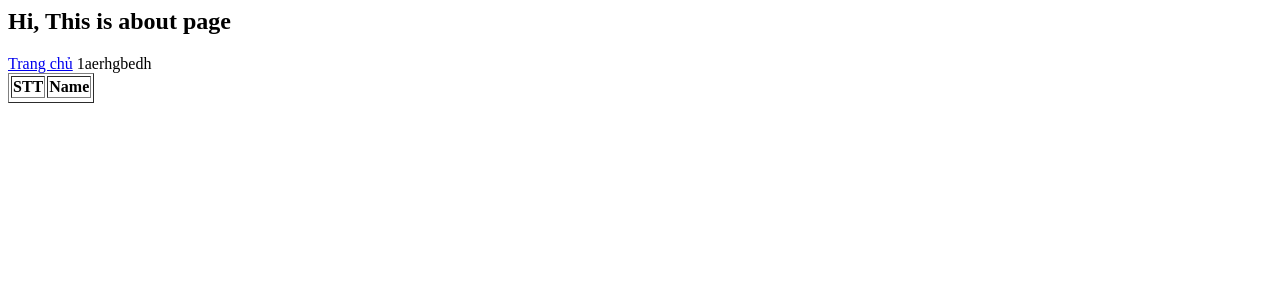
Repository: Tranghii/HTML-CSS
Page: HTML&CSS/about.html
An editor plug-in stored every save of this project. The page is shown before and after a run of saves, followed by the edit.
The browser window is 1280 px wide. The pictures show the whole page.

Above is the page before, as saved 2025-10-11 16:37:16.

After the next 2 saves:
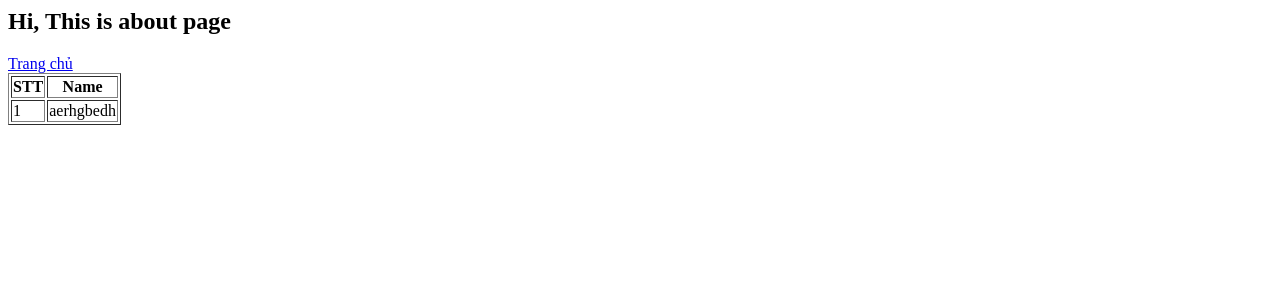
The 2 saves are shown as one change because they came seconds apart.
The last was saved 22 s later.
--- a/HTML&CSS/about.html
+++ b/HTML&CSS/about.html
@@ -10,8 +10,8 @@
         </tr>
         <!-- <tbody> -->
         <tr>
-            <tb>1</tb>
-            <tb>aerhgbedh</tb>
+            <td>1</td>
+            <td>aerhgbedh</td>
         </tr>
         <!-- <tr>
             <tb>2</tb>
